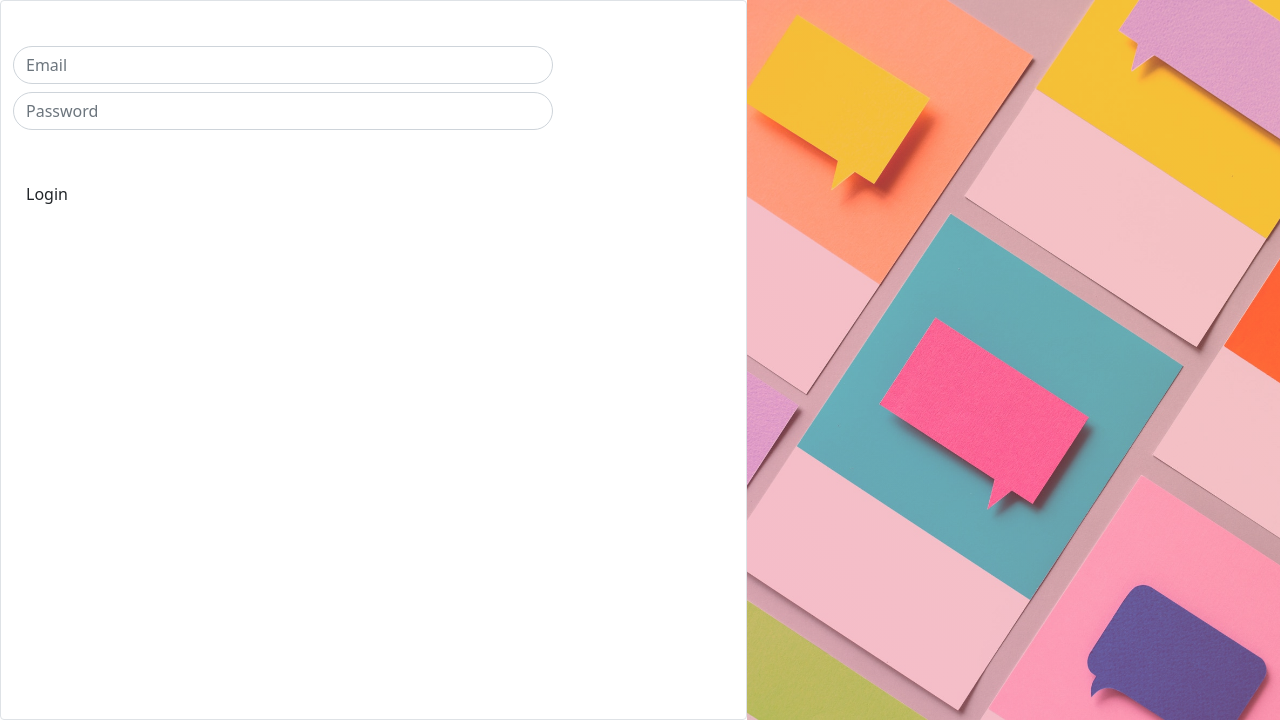
Repository: SaudCh/React-login
Page: /login
These files come from the project's save history. The page is drawn as it stood at one moment and after the next save; the edit follows.
The browser window is 1280 px wide. The pictures show the whole page.
The project was rebuilt for these pictures with package versions that can differ from the ones it lists, and the page was loaded fresh each time. Also part of the build but not shown: src/Components/Register/RegsiterCss.js, src/Components/Register/RegisterValidation.js, src/Components/Register/Register.jsx, src/Components/Home/Home.jsx.

Above is the page before, as saved 2022-02-06 12:20:17.

After the next save:
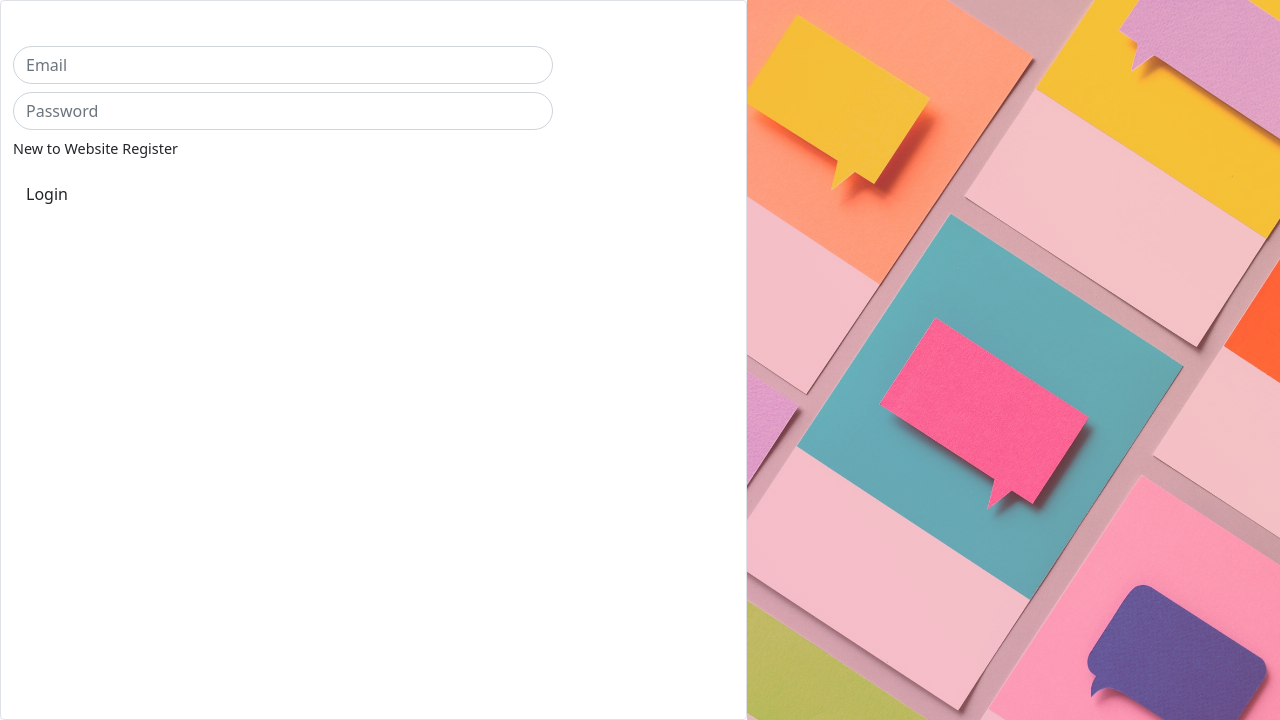
Saved 54 s later.
--- a/src/Components/Login/Login.jsx
+++ b/src/Components/Login/Login.jsx
@@ -82,7 +82,7 @@ export default function Login() {
               </div>
               <div className="my-2">
                 <div>
-                  <p className="text-white" style={{ fontSize: "0.9rem" }}>
+                  <p className="" style={{ fontSize: "0.9rem" }}>
                     New to Website <span>Register</span>
                   </p>
                 </div>
